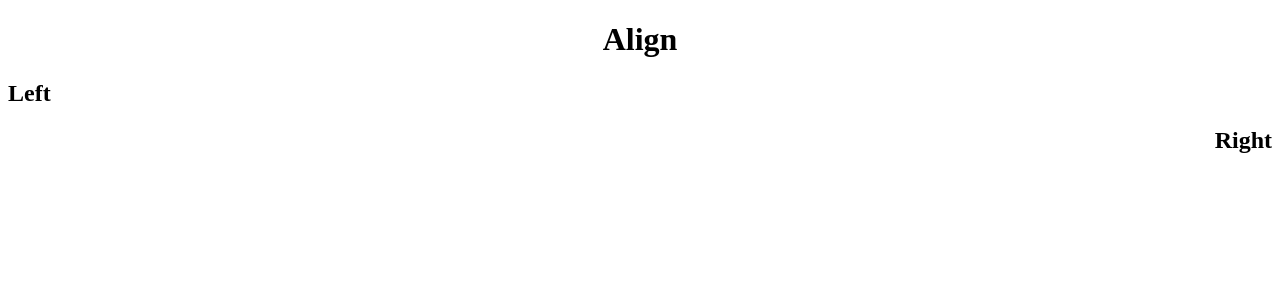
Repository: ankitgujre01/HTMLgeeks
Page: Attribute.html
The author's editor kept a copy of each file at every save. The page is drawn from the files as they stood at one save, then again after a run of saves.
The browser window is 1280 px wide. The pictures show the whole page.

Above is the page before, as saved 2025-09-02 23:40:18.

### Attribute.html
<!DOCTYPE html>
<html>
    <head>
        <title>Attribute</title>
    </head>
    <body>
        <h1 align="center">Align</h1>
        <h2 align="left">Left</h2>
        <h2 align="right">Right</h2>
    </body>
</html>

After the next 2 saves:
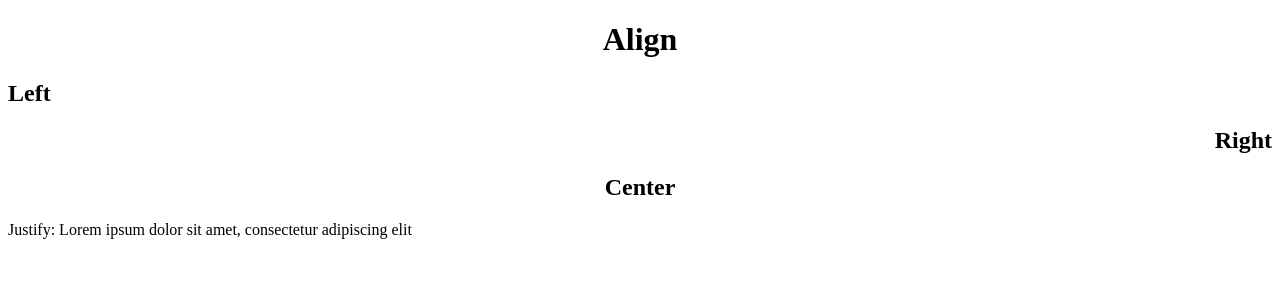
The 2 saves are shown as one change because they came seconds apart.
The last was saved 7 s later.
--- a/Attribute.html
+++ b/Attribute.html
@@ -7,5 +7,7 @@
         <h1 align="center">Align</h1>
         <h2 align="left">Left</h2>
         <h2 align="right">Right</h2>
+        <h2 align="center">Center</h2>
+        <p align="justify">Justify: Lorem ipsum dolor sit amet, consectetur adipiscing elit
     </body>
 </html>
